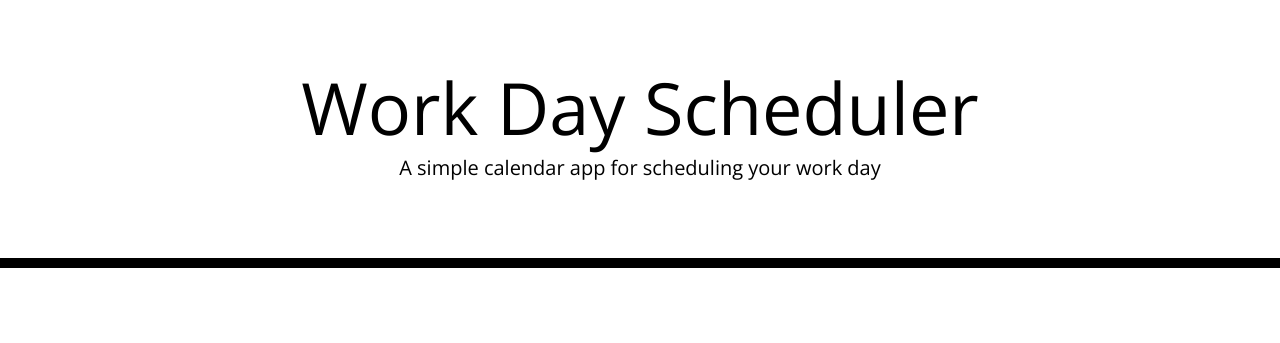
Repository: brenhamp/work-day-scheduler
Page: Develop/index.html
An editor plug-in stored every save of this project. The page is shown before and after the next save, followed by the edit.
The browser window is 1280 px wide. The pictures show the whole page.
Some web libraries are served in a nearby version.

Above is the page before, as saved 2021-12-04 13:54:23.

After the next save:
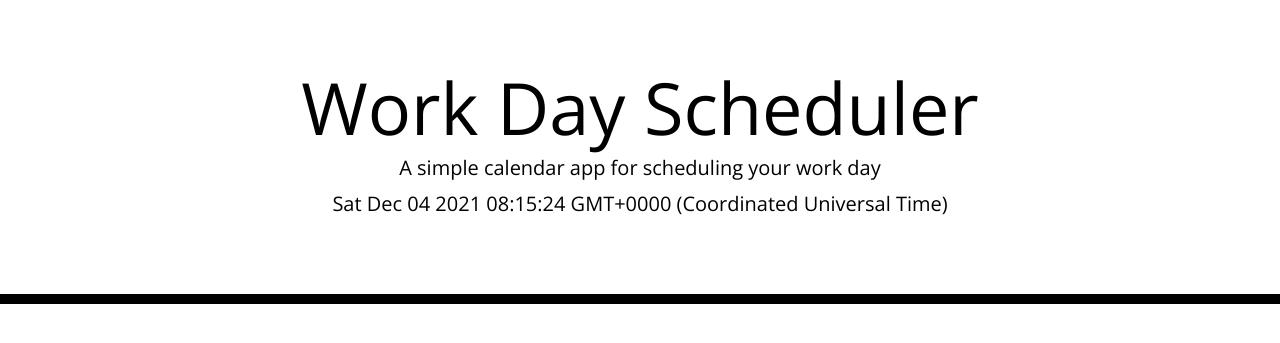
Saved 21 s later.
--- a/Develop/index.html
+++ b/Develop/index.html
@@ -34,5 +34,6 @@
 
     <script src="https://code.jquery.com/jquery-3.4.1.min.js"></script>
     <script src="https://cdnjs.cloudflare.com/ajax/libs/moment.js/2.24.0/moment.min.js"></script>
+    <script src="./script.js"></script>
   </body>
 </html>
